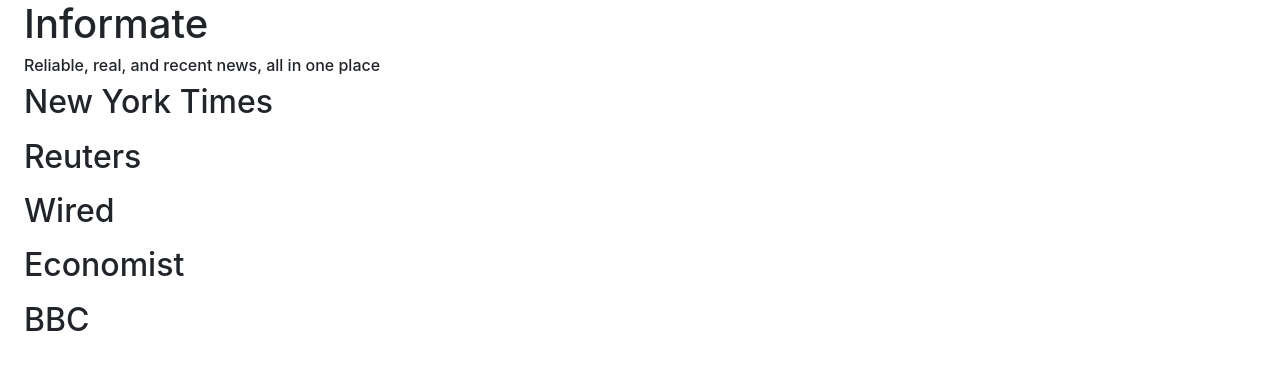
Repository: rbafna6507/newsaggregator-frontend
Page: index.html
The author's editor kept a copy of each file at every save. The page is drawn from the files as they stood at one save, then again after the next save.
The browser window is 1280 px wide. The pictures show the whole page.
The page's requests for data from a server got no answer. Some web libraries are served in a nearby version.

Above is the page before, as saved 2020-12-16 12:45:22.

After the next save:
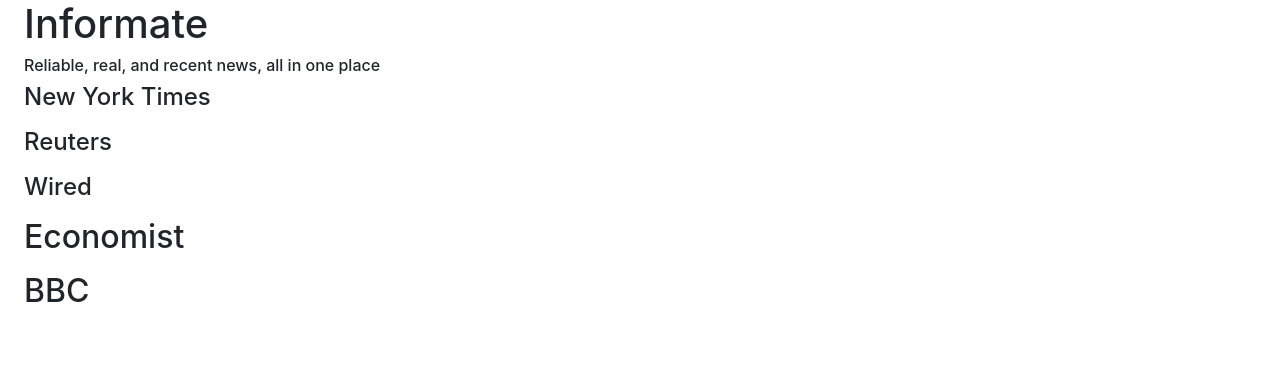
Saved 11 s later.
--- a/index.html
+++ b/index.html
@@ -14,15 +14,15 @@
         <div>
             <h1>Informate</h1>
         <h6>Reliable, real, and recent news, all in one place</h6>
-        <h2>New York Times</h2>
+        <h4>New York Times</h4>
         <ul id = "nytimes"></ul>
         </div>
         <div>
-            <h2>Reuters</h2>
+            <h4>Reuters</h4>
             <ul id = "reuters"></ul>
         </div>
         <div>
-            <h2>Wired</h2>
+            <h4>Wired</h4>
             <ul id = "wired"></ul>
         </div>
         <div>
